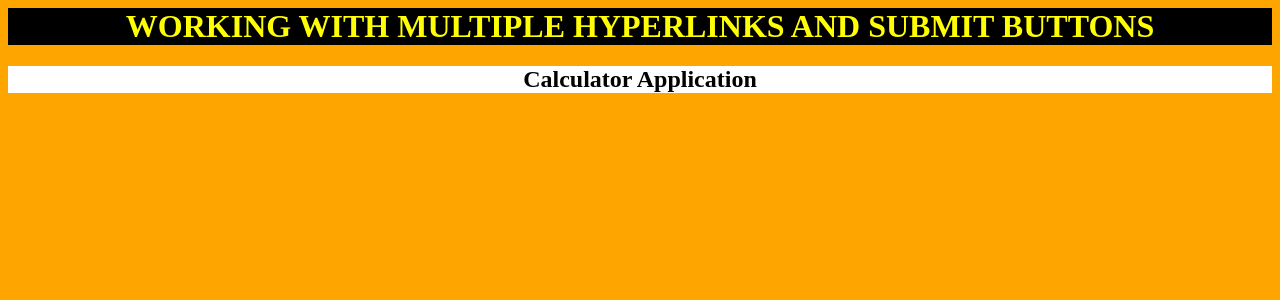
Repository: shivaramkrishna53/SERVLET_PROJECTS
Page: proj11-workingwithmultiplehyperlinksandsubmitbuttons/WebContent/input.html
These files come from the project's save history. The page is drawn as it stood at one moment and after the next save; the edit follows.
The browser window is 1280 px wide. The pictures show the whole page.

Above is the page before, as saved 2021-01-12 08:10:42.

### proj11-workingwithmultiplehyperlinksandsubmitbuttons/WebContent/input.html
<html>
<head>
<title>calculator</title>
</head>
<body bgcolor="orange">
<center>
<h1 style="text-align: center;background: black;color:YELLOW">WORKING WITH MULTIPLE HYPERLINKS AND SUBMIT BUTTONS</h1>
<h2 style="text-align:center;background: white" colr:red">Calculator Application</h2>
</center>
</body>
</html>

After the next save:
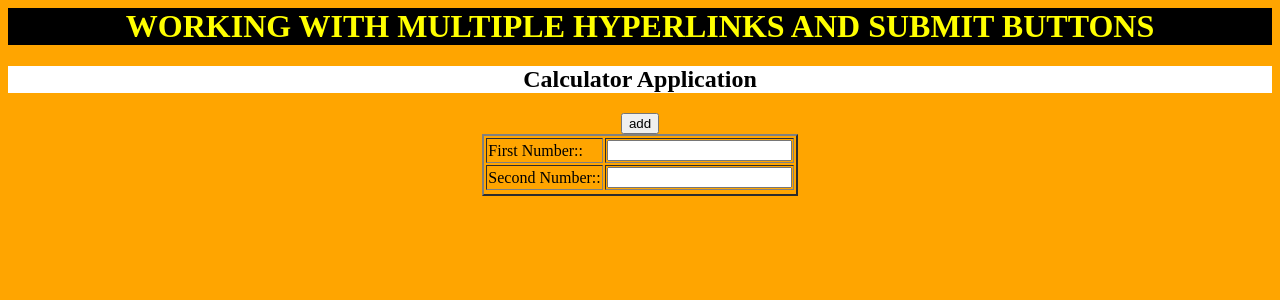
Saved 10 min 29 s later.
--- a/proj11-workingwithmultiplehyperlinksandsubmitbuttons/WebContent/input.html
+++ b/proj11-workingwithmultiplehyperlinksandsubmitbuttons/WebContent/input.html
@@ -6,6 +6,25 @@
 <center>
 <h1 style="text-align: center;background: black;color:YELLOW">WORKING WITH MULTIPLE HYPERLINKS AND SUBMIT BUTTONS</h1>
 <h2 style="text-align:center;background: white" colr:red">Calculator Application</h2>
+<table border="2" >
+<tr>
+<td>First Number::</td>
+<td>
+<input type="text" name="first"/>
+</td>
+</tr>
+<tr>
+<td>Second Number::
+</td>
+<td>
+<input type="text" name="second"/>
+</td>
+</tr>
+<tr>
+<input type="button" name="cal" value="add"/>
+
+</tr>
+</table>
 </center>
 </body>
 </html>
